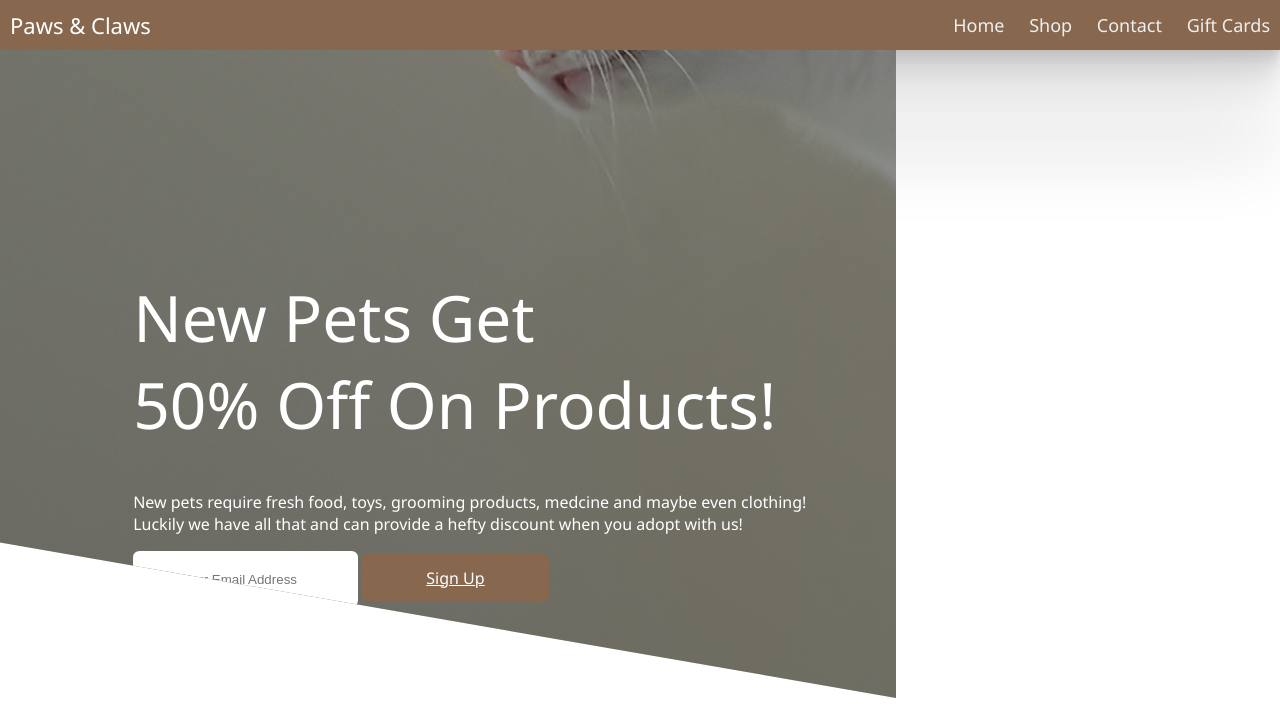
Repository: LtGriff/petProject
Page: dist/about.html
An editor plug-in stored every save of this project. The page is shown before and after the next save, followed by the edit.
The browser window is 1280 px wide. The pictures show the whole page.

Above is the page before, as saved 2022-05-19 07:34:07.

After the next save:
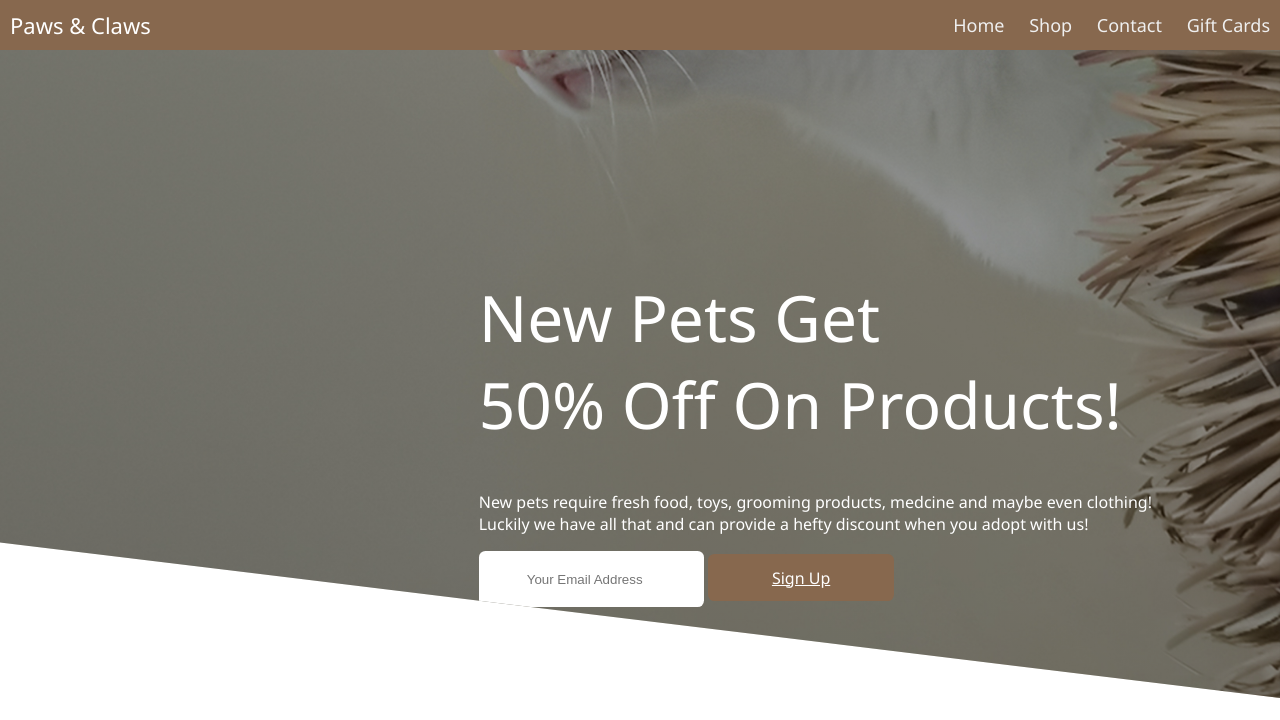
Saved 4 s later.
--- a/dist/CSS/about.css
+++ b/dist/CSS/about.css
@@ -83,7 +83,7 @@
     position: relative;
     object-fit: scale-down;
     clip-path: polygon(0% 0%,100% 0%,100% 100%,0% 76%);
-    max-width: 70%;
+    max-width: 100%;
     max-height: 70%;
   }
 
